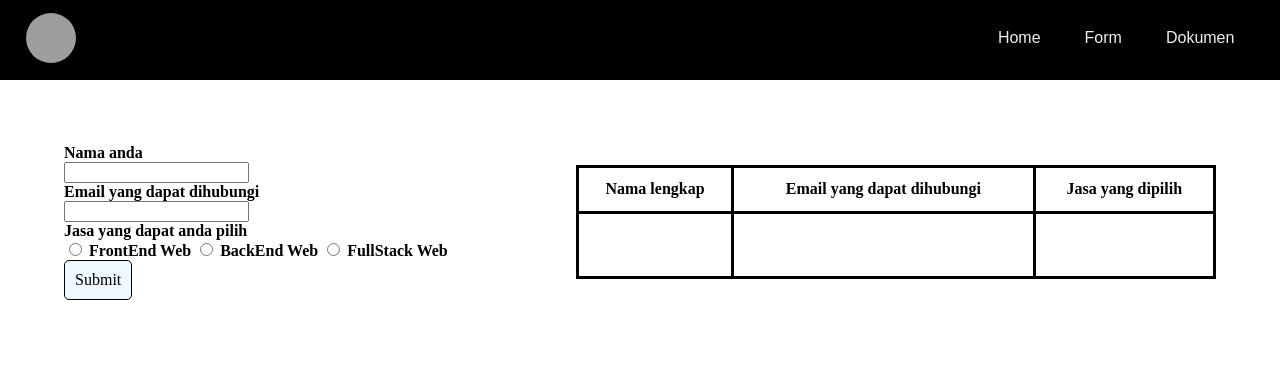
Repository: zecht12/TimModul
Page: TimModul.html
An editor plug-in stored every save of this project. The page is shown before and after the next save, followed by the edit.
The browser window is 1280 px wide. The pictures show the whole page.
Pictures or frames that could not be fetched are drawn as grey boxes.

Above is the page before, as saved 2023-03-14 13:38:57.

### TimModul.html
<!DOCTYPE html>
<html lang="en">
<head>
    <meta charset="UTF-8">
    <meta http-equiv="X-UA-Compatible" content="IE=edge">
    <meta name="viewport" content="width=device-width, initial-scale=1.0">
    <link rel="stylesheet" href="style.css">
    <title>Jasa Coding</title>
</head>
<body>
    <div style="height: 80px; width: 100%; background-color: black;">
        <header>
            <img src="./assets/wallpaper.jpg" alt="Image" style="height: 50px; width: 50px; border-radius: 100%;" >
            <ul class="nav_links">
                <li><a href="#">Home</a></li>
                <li><a href="#">Form</a></li>
                <li><a href="#">Dokumen</a></li>
            </ul>
        </headers>
    </div>
    <div class="forms">
        <form>
            <label for="Nama" class="Labelnama">Nama anda</label><br>
            <input type="text" id="Nama" name="Nama" class="Nama"><br>

            <label for="Email" class="Labelemail">Email yang dapat dihubungi</label><br>
            <input type="text" id="Email" name="Email" class="Email"><br>

            <label for="Pilihan" class="Pilihan">Jasa yang dapat anda pilih</label><br>
            <input type="radio" id="FrontEnd" name="fav_language" value="FrontEnd">
            <label for="FrontEnd">FrontEnd Web</label>

            <input type="radio" id="BackEnd" name="fav_language" value="BackEnd">
            <label for="BackEnd">BackEnd Web</label>

            <input type="radio" id="FullStack" name="fav_language" value="FullStack">
            <label for="FullStack">FullStack Web</label><br>

            <input type="submit" value="Submit" class="Button">
        </form>
        <table style="width: 50%; border-collapse: collapse;">
            <tr>
                <th>Nama lengkap</th>
                <th>Email yang dapat dihubungi</th>
                <th>Jasa yang dipilih</th>
            </tr>
            <tr>
                <td></td>
                <td></td>
                <td></td>
            </tr>
        </table>
    </div>
</body>
</html>

### style.css
body{
    height: auto;
    width: 100%;
    margin: auto;
    padding: auto;
}
header{
    display: flex;
    align-items: center;
    justify-content: space-between;
    padding-left: 2%;
    padding-right: 2%;
    padding-top: 1%;
}
li, a, button{
    font-family: "Montserrat", sans-serif;
    font-size: 16px;
    color: #edf0f1;
    text-decoration: none;
}
.nav_links{
    list-style: none;
}
.nav_links li{
    display: inline-block;
    padding: 0px 20px;
}
.nav_links li a:hover{
    color: #0088a9;
}
.forms{
    height: auto;
    width: 100%;
    display: flex;
    justify-content: space-around;
    align-items: center;
    padding-top: 5%;
}
th{
    height: 30px;
    text-align: center;
    color: black;
    font: bold;
    border-style:solid;
    border-color: black;
    padding: 1%;
}
td{padding: 1%;
    height: 50px;
    text-align: center;
    color: black;
    border-style:solid;
    border-color: black;
}
label {
    color: black;
    font-weight: bold;
    width: 130px;
}
.Button {
    padding: 10px;
    border: 1px solid black;
    background-color:aliceblue;
    border-radius: 5px;
    font: inherit;
    cursor: pointer;
}
.Button:hover{
    border: 1px solid #0088a9;
    background-color:#0088a9;
    cursor: pointer;
}

After the next save:
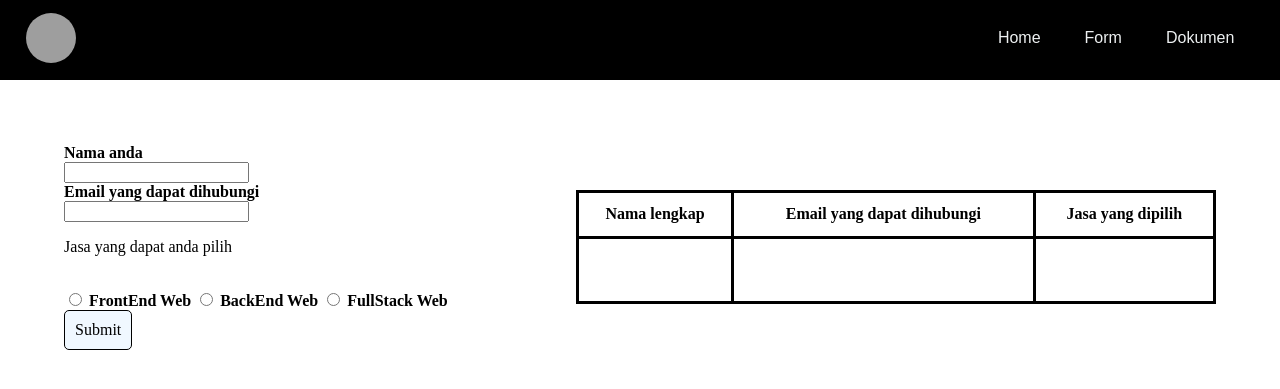
Saved 97 s later.
--- a/TimModul.html
+++ b/TimModul.html
@@ -26,7 +26,7 @@
             <label for="Email" class="Labelemail">Email yang dapat dihubungi</label><br>
             <input type="text" id="Email" name="Email" class="Email"><br>
 
-            <label for="Pilihan" class="Pilihan">Jasa yang dapat anda pilih</label><br>
+            <p for="Pilihan" class="Pilihan">Jasa yang dapat anda pilih</p><br>
             <input type="radio" id="FrontEnd" name="fav_language" value="FrontEnd">
             <label for="FrontEnd">FrontEnd Web</label>
 
